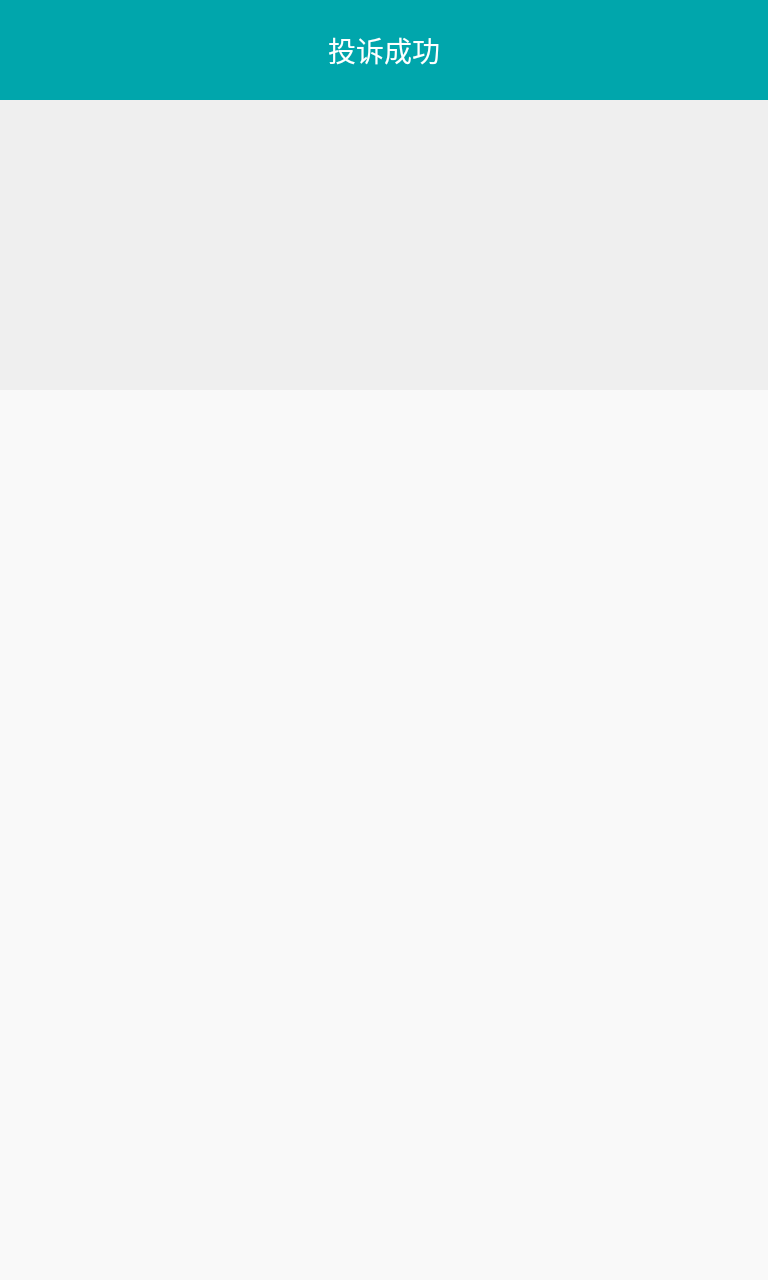
Repository: 2015-Forever/JWD
Layout: Jwd/res/layout/activity_complaint.xml
These files come from the project's save history. The layout is drawn as it stood at one moment and after the next save; the edit follows.
It is drawn on a 768 x 1280 px phone screen (xhdpi) without system bars, with theme AppTheme; the app's code is not run.

Above is the layout before, as saved 2015-07-16 07:24:46.

### Jwd/res/layout/activity_complaint.xml
<?xml version="1.0" encoding="utf-8"?>
<LinearLayout xmlns:android="http://schemas.android.com/apk/res/android"
    android:layout_width="match_parent"
    android:layout_height="match_parent"
    android:background="#F9F9F9"
    android:orientation="vertical" >

    <LinearLayout
        android:layout_width="match_parent"
        android:layout_height="50dp"
        android:background="#00a6ac"
        android:gravity="center" >

        <TextView
            android:layout_width="wrap_content"
            android:layout_height="wrap_content"
            android:text="投诉成功"
            android:textColor="#ffffff" />
    </LinearLayout>

    <LinearLayout
        android:layout_width="match_parent"
        android:layout_height="145dp"
        android:background="#EFEFEF" >

        <LinearLayout
            android:layout_width="match_parent"
            android:layout_width="wrap_content"
            android:orientation="horizontal" >

            <TextView
                android:layout_width="wrap_content"
                android:layout_height="wrap_content"
                android:text="取消" />
            <TextView
                android:layout_width="wrap_content"
                android:layout_height="wrap_content"
                android:text="写评论" />
            <TextView
                android:layout_width="wrap_content"
                android:layout_height="wrap_content"
                android:text="发送" />
        </LinearLayout>
    </LinearLayout>

</LinearLayout>

Loaded but not shown: Jwd/res/values/styles.xml (common file); Jwd/res/values-v11/styles.xml (common file); Jwd/res/values-v14/styles.xml (common file)

After the next save:
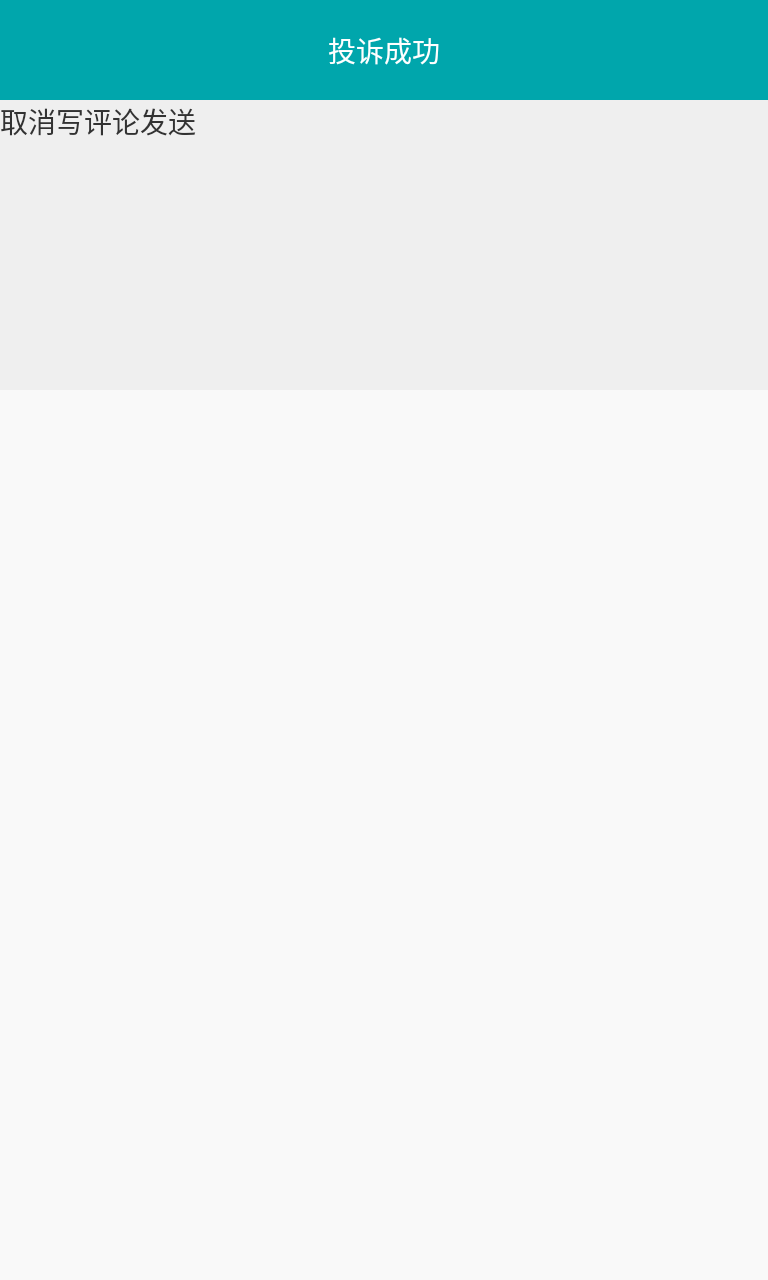
Saved 14 s later.
--- a/Jwd/res/layout/activity_complaint.xml
+++ b/Jwd/res/layout/activity_complaint.xml
@@ -25,7 +25,7 @@
 
         <LinearLayout
             android:layout_width="match_parent"
-            android:layout_width="wrap_content"
+            android:layout_height="wrap_content"
             android:orientation="horizontal" >
 
             <TextView
